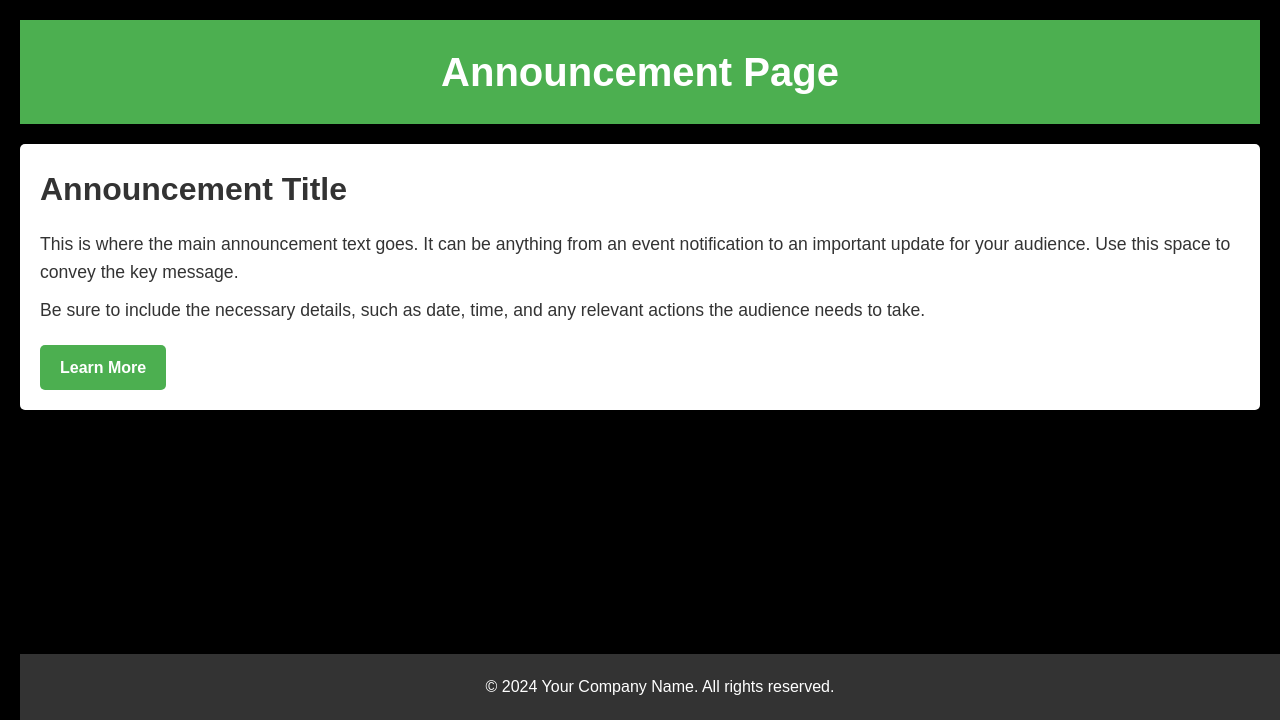
Repository: TejasS1233/MINITHON-hackathon-project
Page: annoucementpage.html
An editor plug-in stored every save of this project. The page is shown before and after the next save, followed by the edit.
The browser window is 1280 px wide. The pictures show the whole page.

Above is the page before, as saved 2024-09-20 08:42:29.

### annoucementpage.html
<!DOCTYPE html>
<html lang="en">
<head>
    <meta charset="UTF-8">
    <meta name="viewport" content="width=device-width, initial-scale=1.0">
    <meta http-equiv="X-UA-Compatible" content="ie=edge">
    <title>Announcement Page</title>
    <link rel="stylesheet" href="styles.css">
</head>
<body>
    <header>
        <h1>Announcement Page</h1>
    </header>

    <section class="announcement">
        <h2>Announcement Title</h2>
        <p>
            This is where the main announcement text goes. It can be anything from an event notification to
            an important update for your audience. Use this space to convey the key message.
        </p>
        <p>
            Be sure to include the necessary details, such as date, time, and any relevant actions the
            audience needs to take.
        </p>
        <a href="#" class="cta-button">Learn More</a>
    </section>

    <footer>
        <p>&copy; 2024 Your Company Name. All rights reserved.</p>
    </footer>
</body>
</html>

### styles.css
* {
    margin: 0;
    padding: 0;
    box-sizing: border-box;
}

body {
    font-family: 'Arial', sans-serif;
    background-color: black;
    color: #333;
    line-height: 1.6;
    padding: 20px;
}

/* Header Styling */
header {
    background-color: #4CAF50;
    color: white;
    padding: 20px 0;
    text-align: center;
    margin-bottom: 20px;
}

header h1 {
    font-size: 2.5em;
}

/* Announcement Section Styling */
.announcement {
    background-color: white;
    padding: 20px;
    border-radius: 5px;
    box-shadow: 0 2px 10px rgba(0, 0, 0, 0.1);
    margin-bottom: 20px;
}

.announcement h2 {
    font-size: 2em;
    margin-bottom: 15px;
}

.announcement p {
    margin-bottom: 10px;
    font-size: 1.1em;
}

.cta-button {
    display: inline-block;
    background-color: #4CAF50;
    color: white;
    padding: 10px 20px;
    text-decoration: none;
    border-radius: 5px;
    margin-top: 10px;
    font-weight: bold;
}

.cta-button:hover {
    background-color: #45a049;
}

/* Footer Styling */
footer {
    text-align: center;
    padding: 20px 0;
    background-color: #333;
    color: white;
    position: fixed;
    width: 100%;
    bottom: 0;
}

After the next save:
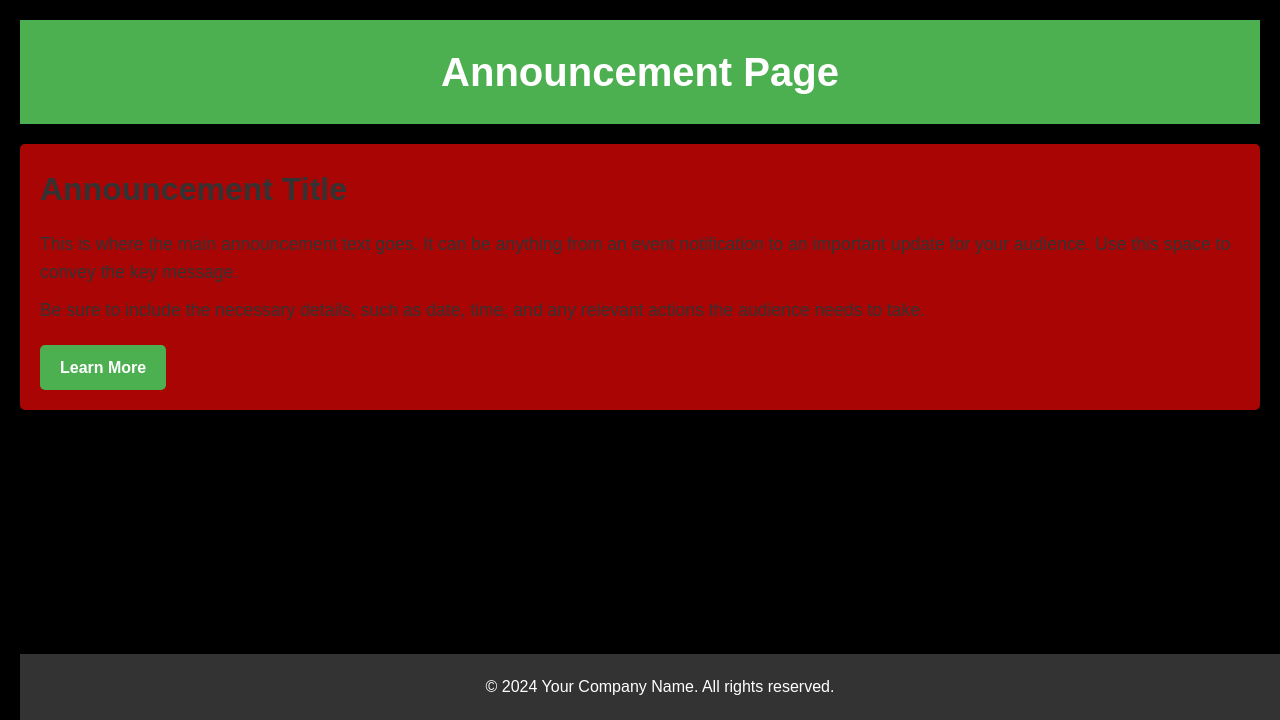
Saved 47 s later.
--- a/styles.css
+++ b/styles.css
@@ -25,9 +25,9 @@ header h1 {
     font-size: 2.5em;
 }
 
-/* Announcement Section Styling */
+
 .announcement {
-    background-color: white;
+    background-color: rgb(169, 5, 5);
     padding: 20px;
     border-radius: 5px;
     box-shadow: 0 2px 10px rgba(0, 0, 0, 0.1);
